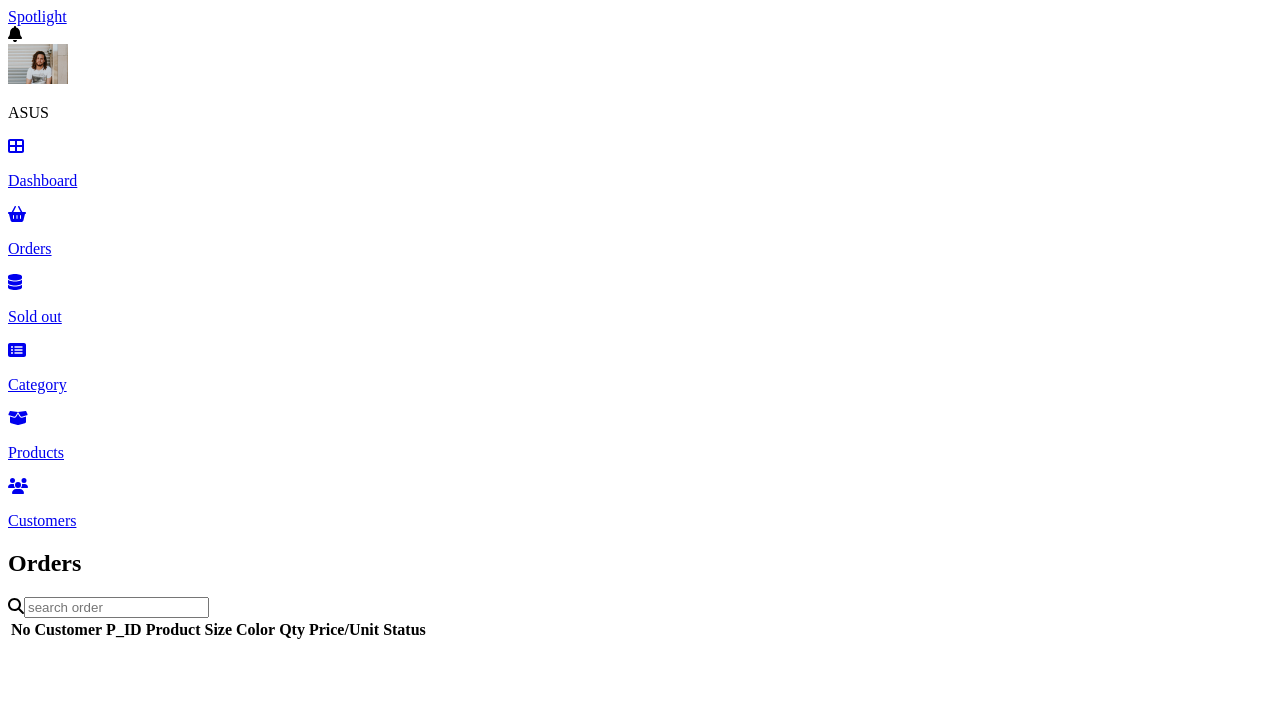
Repository: pin-seavmuy/Spotlight-POS
Page: /add-category
The author's editor kept a copy of each file at every save. The page is drawn from the files as they stood at one save, then again after a run of saves.
The browser window is 1280 px wide. The pictures show the whole page.
Some web fonts or font styles are not loaded; a fallback is used. The project was rebuilt for these pictures with package versions that can differ from the ones it lists, and the page was loaded fresh each time. Also part of the build but not shown: vue.config.js, src/components/Orders.vue, src/components/Category.vue, src/components/Products.vue, src/components/Customers.vue.

Above is the page before, as saved 2024-06-26 17:35:53.

### src/main.js
// src/main.js
import { createApp } from 'vue'; // Use createApp instead of importing Vue
import App from './App.vue';
import router from './router/router.js'; // Adjust the path as necessary

const app = createApp(App);
app.use(router);

app.mount('#app');

### src/App.vue

<template>
  <div id="app">
    <router-view />
    <!-- <Dashboard/> -->
  </div>
</template>

<script>
export default {
  name: 'App',
};
</script>

<style scoped>
/* Scoped styles specific to App.vue */
</style>

### src/router/router.js
// src/router.js
import { createRouter, createWebHistory } from 'vue-router'; // Import from vue-router
import AdminDashboard from '../components/AdminDashboard.vue';
import OrdersPage from '../components/Orders.vue';
import SoldOut from '../components/Soldout.vue';
import CategoryPage from '../components/Category.vue';
import ProductPage from '../components/Products.vue';
import CustomersPage from '../components/Customers.vue';
import AddCategory from '../components/AddCategory.vue';

const routes = [
  { path: '/', component: AdminDashboard },
  { path: '/orders', component: OrdersPage },
  { path: '/sold', component: SoldOut },
  { path: '/category', component: CategoryPage },
  { path: '/products', component: ProductPage },
  { path: '/customers', component: CustomersPage },
  { path: '/add-category', component: AddCategory },
];

const router = createRouter({
  history: createWebHistory(),
  routes,
});

export default router;

### src/components/AdminDashboard.vue
<template>
  <div>
    <header class="header">
      <div class="logo">
        <router-link to="/">Spotlight</router-link>
      </div>
      <div class="header-icons">
        <font-awesome-icon :icon="icons.bell" class="icon" />
        <div class="account">
          <img src="../assets/img/people.png" alt="" />
          <p>ASUS</p>
        </div>
      </div>
    </header>
    <div class="container">
      <div class="side-bar">

        <router-link to="/" class="wrapper" active-class="active">
          <font-awesome-icon :icon="icons.thLarge" class="icons" />
          <p>Dashboard</p>
        </router-link>

        <router-link to="/orders" class="wrapper" active-class="active">
          <font-awesome-icon :icon="icons.shoppingBasket" class="icons" />
          <p>Orders</p>
        </router-link>

        <router-link to="/sold" class="wrapper" active-class="active">
          <font-awesome-icon :icon="icons.database" class="icons" />
          <p>Sold out</p>
        </router-link>

        <router-link to="/category" class="wrapper" active-class="active">
          <font-awesome-icon :icon="icons.category" class="icons" />
          <p>Category</p>
        </router-link>

        <router-link to="/products" class="wrapper" active-class="active">
          <font-awesome-icon :icon="icons.product" class="icons" />
          <p>Products</p>
        </router-link>

        <router-link to="/customers" class="wrapper" active-class="active">
          <font-awesome-icon :icon="icons.users" class="icons" />
          <p>Customers</p>
        </router-link>

      </div>

      <div class="dashboard">
          <div class="wrapper1">
            <h2>Admin Dashboard</h2>
          </div>
          <div class="wrapper1">
            <div class="box">
              <div class="wrapperBox">
                <img src="../assets/img/products.png" />
                <p>Total Product</p>
              </div>
              <div class="qty">12000</div>
            </div>
            <div class="box">
              <div class="wrapperBox">
                <img src="../assets/img/list.png" />
                <p>Categories</p>
              </div>
              <div class="qty">43</div>
            </div>
            <div class="box">
              <div class="wrapperBox">
                <img src="../assets/img/mobile-banking.png" />
                <p>Transactions</p>
              </div>
              <div class="qty">669</div>
            </div>
          </div>
          <div class="wrapper1">
            <div class="box">
              <div class="wrapperBox">
                <img src="../assets/img/shopping-cart.png" />
                <p>Order Today</p>
              </div>
              <div class="qty">15</div>
            </div>
          </div>
        </div>



    </div>


  </div>
</template>

<script>
  import { FontAwesomeIcon } from '@fortawesome/vue-fontawesome';
  import { faBell, faShoppingBasket, faThLarge, faDatabase, faListAlt, faCreditCard, faBoxOpen, faUsers } from '@fortawesome/free-solid-svg-icons';

  export default {
  name: "AdminDashboard",
  components: {
      FontAwesomeIcon,
  },
  data() {
      return {
      icons: {
          bell: faBell,
          shoppingBasket: faShoppingBasket,
          thLarge: faThLarge,
          database: faDatabase,
          category: faListAlt,
          transaction: faCreditCard,
          product: faBoxOpen,
          users: faUsers,
          // Add more icons as needed
      },
      };
  },
  };

</script>

<style scoped>
@import '../assets/css/style.css';
</style>

### src/components/Soldout.vue
<template>
  <div>
    <header class="header">
      <div class="logo">
        <router-link to="/">Spotlight</router-link>
      </div>
      <div class="header-icons">
        <font-awesome-icon :icon="icons.bell" class="icon" />
        <div class="account">
          <img src="../assets/img/people.png" alt="" />
          <p>ASUS</p>
        </div>
      </div>
    </header>
    <div class="container">
      <div class="side-bar">

        <router-link to="/" class="wrapper" active-class="active">
          <font-awesome-icon :icon="icons.thLarge" class="icons" />
          <p>Dashboard</p>
        </router-link>

        <router-link to="/orders" class="wrapper" active-class="active">
          <font-awesome-icon :icon="icons.shoppingBasket" class="icons" />
          <p>Orders</p>
        </router-link>

        <router-link to="/sold" class="wrapper" active-class="active">
          <font-awesome-icon :icon="icons.database" class="icons" />
          <p>Sold out</p>
        </router-link>

        <router-link to="/category" class="wrapper" active-class="active">
          <font-awesome-icon :icon="icons.category" class="icons" />
          <p>Category</p>
        </router-link>

        <router-link to="/products" class="wrapper" active-class="active">
          <font-awesome-icon :icon="icons.product" class="icons" />
          <p>Products</p>
        </router-link>

        <router-link to="/customers" class="wrapper" active-class="active">
          <font-awesome-icon :icon="icons.users" class="icons" />
          <p>Customers</p>
        </router-link>

      </div>
      <div class="dashboard">
        <div class="wrapper1">
          <h2>Orders</h2>
          <div class="searchBox">
            <font-awesome-icon :icon="icons.search" class="icons" />
            <input type="text" placeholder="search ...">
          </div>
        </div>
        <div class="table">
          <table>
            <thead>
              <tr>
                <th>No</th>
                <th>Customer</th>
                <th>Product</th>
                <th>Total</th>
                <th>Order Date</th>
                <th>Action</th>
              </tr>
            </thead>
            <tbody>
              <tr v-for="(order, index) in orders" :key="order.id">
                <td>{{ index + 1 }}</td>
                <td>{{ order.customer }}</td>
                <td>{{ order.product }}</td>
                <td>{{ order.total }}</td>
                <td>{{ order.orderDate }}</td>
                <td class="action">
                  <font-awesome-icon :icon="icons.edit" class="icon action-icon" @click="editOrder(order.id)" />
                  <font-awesome-icon :icon="icons.trash" class="icon action-icon" @click="deleteOrder(order.id)" />
                </td>
              </tr>
            </tbody>
          </table>
        </div>
      </div>
    </div>
  </div>
</template>

<script>
  import { FontAwesomeIcon } from '@fortawesome/vue-fontawesome';
  import { faBell, faShoppingBasket, faThLarge, faDatabase, faListAlt, faCreditCard, faBoxOpen, faUsers, faSearch, faEdit, faTrash } from '@fortawesome/free-solid-svg-icons';

  export default {
    name: "OrdersPage",
    components: {
      FontAwesomeIcon,
    },
    data() {
      return {
        icons: {
          bell: faBell,
          shoppingBasket: faShoppingBasket,
          thLarge: faThLarge,
          database: faDatabase,
          category: faListAlt,
          transaction: faCreditCard,
          product: faBoxOpen,
          users: faUsers,
          search: faSearch,
          edit: faEdit,
          trash: faTrash,
        },
        orders: [
          { id: 1, customer: 'John Doe', product: 'Cigarella Skill Shirt', total: '$50.00', orderDate: '26/06/24' },
          { id: 2, customer: 'Jane Smith', product: 'Wool Tweed A-Line', total: '$15.00', orderDate: '26/06/24' },
          { id: 3, customer: 'Michael Brown', product: 'Cheyenne Floral Dress', total: '$35.00', orderDate: '26/06/24'},
        ],
      };
    },
    methods: {
      editOrder(id) {
        // Implement edit order functionality
        console.log('Edit order', id);
      },
      deleteOrder(id) {
        // Implement delete order functionality
        console.log('Delete order', id);
      },
    },
  };
</script>

<style scoped>
  @import '../assets/css/style.css';

  .action-icon {
    cursor: pointer;
    margin-right: 10px;
  }
  .action {
    display: flex;
    justify-content: center;
    gap: 50px;
    padding: 15px ;
    border-width: 0.1;
  }
</style>

### src/components/AddCategory.vue
'''
<template>
  <div>
    <header class="header">
      <div class="logo">
        <router-link to="/">Spotlight</router-link>
      </div>
      <div class="header-icons">
        <font-awesome-icon :icon="icons.bell" class="icon" />
        <div class="account">
          <img src="../assets/img/people.png" alt="" />
          <p>ASUS</p>
        </div>
      </div>
    </header>
    <div class="container">
      <div class="side-bar">

        <router-link to="/" class="wrapper" active-class="active">
          <font-awesome-icon :icon="icons.thLarge" class="icons" />
          <p>Dashboard</p>
        </router-link>

        <router-link to="/orders" class="wrapper" active-class="active">
          <font-awesome-icon :icon="icons.shoppingBasket" class="icons" />
          <p>Orders</p>
        </router-link>

        <router-link to="/sold" class="wrapper" active-class="active">
          <font-awesome-icon :icon="icons.database" class="icons" />
          <p>Sold out</p>
        </router-link>

        <router-link to="/category" class="wrapper" active-class="active">
          <font-awesome-icon :icon="icons.category" class="icons" />
          <p>Category</p>
        </router-link>

        <router-link to="/products" class="wrapper" >
          <font-awesome-icon :icon="icons.product" class="icons" />
          <p>Products</p>
        </router-link>

        <router-link to="/customers" class="wrapper" active-class="active">
          <font-awesome-icon :icon="icons.users" class="icons" />
          <p>Customers</p>
        </router-link>

      </div>

      <div class="dashboard">
        <div class="wrapper1">
          <h2>Orders</h2>
          <div class="searchBox">
            <font-awesome-icon :icon="icons.search" class="icons" />
            <input type="text" placeholder="search order">
          </div>
        </div>
        <div class="table">
        <table>
          <thead>
            <tr>
              <th>No</th>
              <th>Customer</th>
              <th>P_ID</th>
              <th>Product</th>
              <th>Size</th>
              <th>Color</th>
              <th>Qty</th>
              <th>Price/Unit</th>
              <th>Status</th>
            </tr>
          </thead>
          <tbody>
            <tr v-for="(order, index) in orders" :key="order.id">
              <td>{{ index + 1 }}</td>
              <td>{{ order.customer }}</td>
              <td>{{ order.productId }}</td>
              <td>{{ order.product }}</td>
              <td>{{ order.size }}</td>
              <td>{{ order.color }}</td>
              <td>{{ order.qty }}</td>
              <td>{{ order.price }}</td>
              <td>
                <select v-model="order.status">
                  <option value="Pending">Pending</option>
                  <option value="Shipped">Shipped</option>
                </select>
              </td>
            </tr>
          </tbody>
        </table>
      </div>
      </div>


    </div>
  </div>
</template>

<script>
  import { FontAwesomeIcon } from '@fortawesome/vue-fontawesome';
  import { faBell, faShoppingBasket, faThLarge, faDatabase, faListAlt, faCreditCard, faBoxOpen, faUsers, faSearch } from '@fortawesome/free-solid-svg-icons';
  export default {
    name: "AddCategory",
    components: {
      FontAwesomeIcon,
    },
    data() {
      return {
        icons: {
          bell: faBell,
          shoppingBasket: faShoppingBasket,
          thLarge: faThLarge,
          database: faDatabase,
          category: faListAlt,
          transaction: faCreditCard,
          product: faBoxOpen,
          users: faUsers,
          search: faSearch,
        },

      };
    },
  };
</script>

<style scoped>
  @import '../assets/css/category.css';
</style>

'''

### src/assets/css/style.css
@import url("https://fonts.googleapis.com/css2?family=Poppins:wght@400;500;600;700&display=swap");
@import url("https://fonts.cdnfonts.com/css/mogra");
@import url("https://fonts.googleapis.com/css?family=Playfair+Display:400,700");

* {
  margin: 0;
  padding: 0;
  box-sizing: border-box;
  font-family: "Poppins", sans-serif;
}

body {
  background: rgb(255, 255, 255);
}

.header {
  display: flex;
  align-items: center;
  justify-content: space-between;
  height: 70px;
  padding: 20px 40px 20px 20px;
  background: #97b093;
}

.logo a {
  color: #fff;
  font-size: 28px;
  font-weight: 400;
  margin: 2rem 8rem 2rem 2rem;
  font-family: "Mogra", sans-serif;
  text-decoration: none;
}

.header-icons {
  display: flex;
  align-items: center;
}

.header-icons .icon {
  margin-right: 1rem;
  cursor: pointer;
  color: #fff;
  font-size: 20px;
  background-color: #97b093;
  padding: 8px;
  border-radius: 50%;
  box-shadow: 0 4px 8px rgba(0, 0, 0, 0.2);
}

.header-icons .account {
  width: 120px;
  display: flex;
  align-items: center;
  justify-content: space-between;
}

.header-icons .account img {
  width: 40px;
  height: 40px;
  cursor: pointer;
  border-radius: 50%;
  margin-left: 10px;
  border: 1px solid gray;
}

.container {
  width: 100%;
  height: 650px;
  display: flex;
  justify-content: space-between;
}

.container .side-bar {
  width: 260px;
  height: 100%;
  padding: 30px 10px 10px 10px;
  border-right: 2px solid gray;
}

.wrapper {
  display: flex;
  align-items: center;
  background-color: #ffffff;
  padding: 8px 15px;
  gap: 20px;
  color: black;
  font-family: "Playfair Display", serif;
  border-radius: 5px;
  margin-bottom: 20px;
  cursor: pointer;
}

.wrapper .icons {
  color: gray;
}

.wrapper:hover {
  background-color: #ecf1eb;
}

.wrapper.active {
  background-color: #c1d2be;
  border: 1px solid gray;
}

.container .dashboard {
  width: 100%;
  height: 550px;
  /* background-color: pink; */
  padding: 30px 40px 0px 40px;
  display: flex;
  flex-direction: column;
}

.wrapper1 {
  padding: 2px;
  display: flex;
  justify-content: space-between;
  gap: 20px;
  /* background-color: rgb(0, 255, 76); */
  /* margin-top: -20px; */
  margin-bottom: 30px;
}

.wrapper1 .box {
  width: 360px;
  height: 160px;
  background-color: #f5eded;
  box-shadow: 0 4px 8px rgba(0, 0, 0, 0.2);
  border-radius: 3px;
  display: flex;
  padding: 20px 30px;
  align-items: center;
  gap: 40px;
}

.box:hover {
  background-color: #f7efef;
}

.box .wrapperBox {
  display: flex;
  flex-direction: column;
  align-items: center;
  justify-content: center;
  gap: 8px;
  /* background-color: red; */
}

.box .wrapperBox img {
  width: 70px;
  height: 70px;
}

.box .qty {
  border-left: 3px solid rgb(178, 183, 179);
  padding: 10px 0 10px 30px;
  font-size: xx-large;
}

### src/assets/css/category.css
.add {
    width: 100px;
    height: 40px;
    background-color: #97b093;
    color: #fff;
    display: flex;
    justify-content: center;
    gap: 20px;
    align-items: center;
    margin-top: 3px;
    border-radius: 5px;

}

Loaded but not shown: public/index.html (common file)

After the next 2 saves:
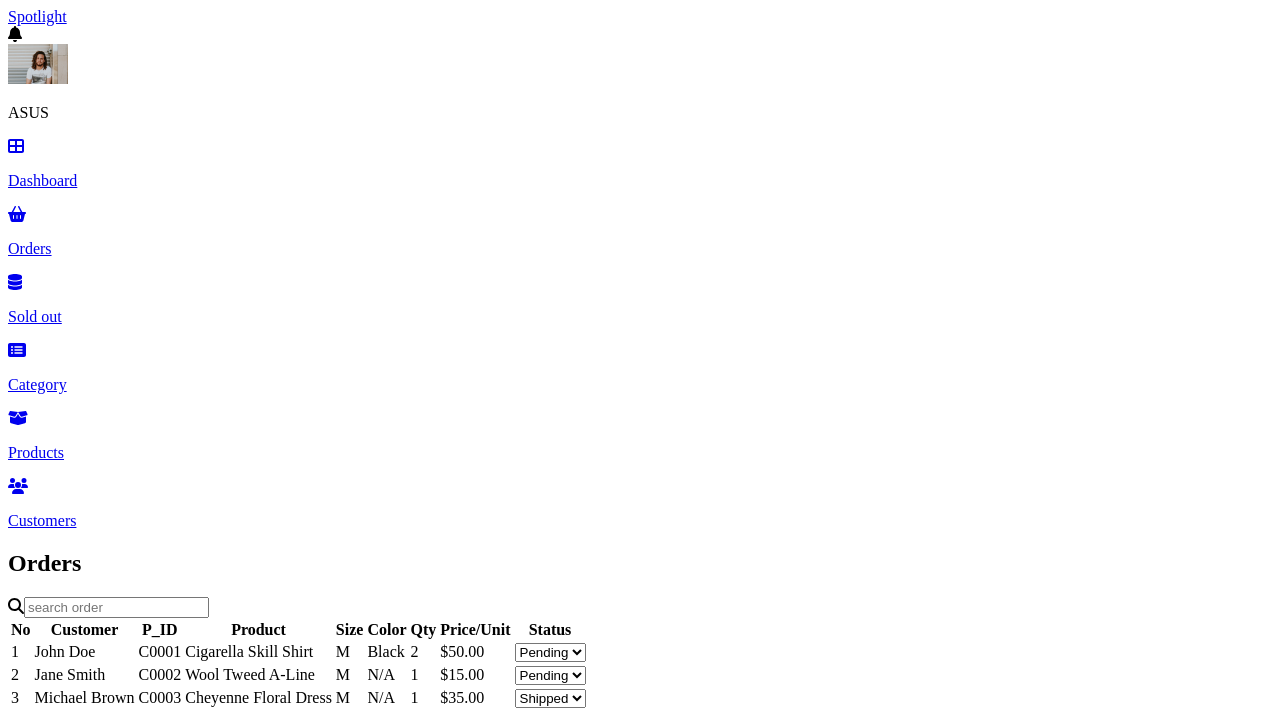
The 2 saves are shown as one change because they came seconds apart.
The last was saved 26 s later.
--- a/src/components/AddCategory.vue
+++ b/src/components/AddCategory.vue
@@ -119,7 +119,12 @@
           users: faUsers,
           search: faSearch,
         },
+        orders: [
+          { id: 1, customer: 'John Doe', productId: 'C0001', product: 'Cigarella Skill Shirt', size: 'M', color: 'Black', qty: 2, price: '$50.00', status: 'Pending' },
+          { id: 2, customer: 'Jane Smith', productId: 'C0002', product: 'Wool Tweed A-Line', size: 'M', color: 'N/A', qty: 1, price: '$15.00', status: 'Pending' },
+          { id: 3, customer: 'Michael Brown', productId: 'C0003', product: 'Cheyenne Floral Dress', size: 'M', color: 'N/A', qty: 1, price: '$35.00', status: 'Shipped' },
 
+        ],
       };
     },
   };

After the save that followed:
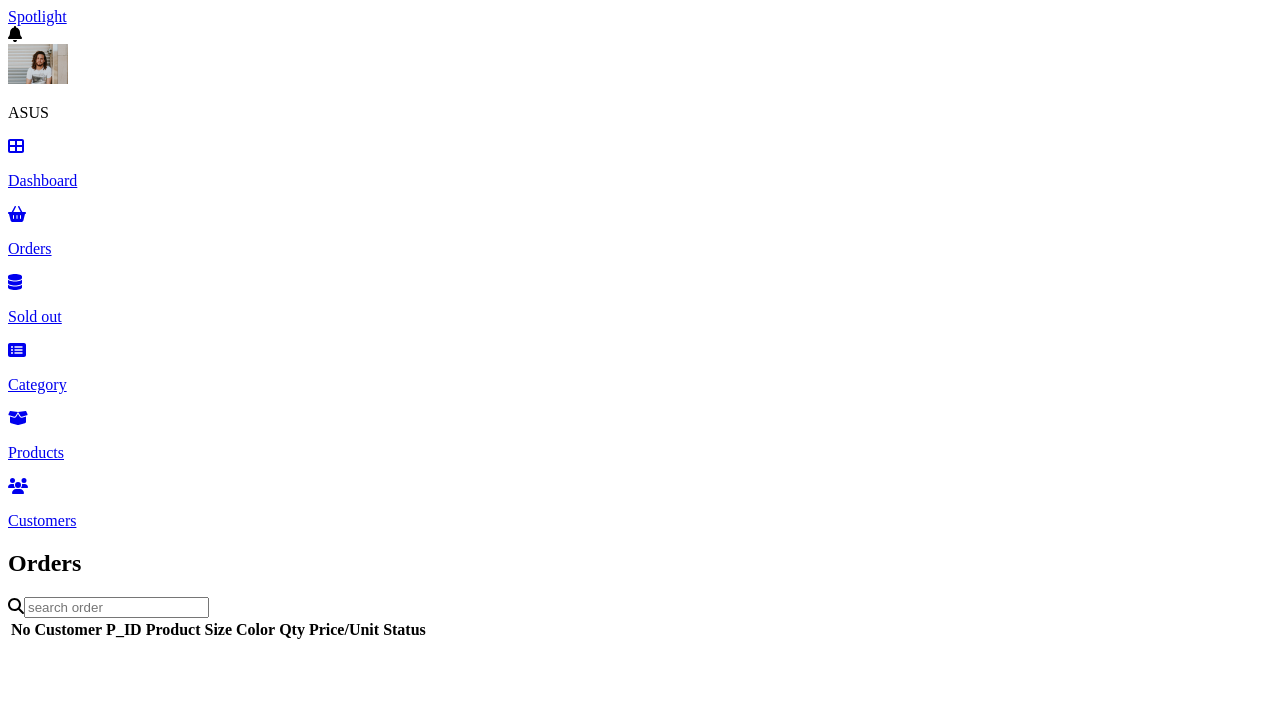
Saved 19 s later.
--- a/src/components/AddCategory.vue
+++ b/src/components/AddCategory.vue
@@ -119,12 +119,7 @@
           users: faUsers,
           search: faSearch,
         },
-        orders: [
-          { id: 1, customer: 'John Doe', productId: 'C0001', product: 'Cigarella Skill Shirt', size: 'M', color: 'Black', qty: 2, price: '$50.00', status: 'Pending' },
-          { id: 2, customer: 'Jane Smith', productId: 'C0002', product: 'Wool Tweed A-Line', size: 'M', color: 'N/A', qty: 1, price: '$15.00', status: 'Pending' },
-          { id: 3, customer: 'Michael Brown', productId: 'C0003', product: 'Cheyenne Floral Dress', size: 'M', color: 'N/A', qty: 1, price: '$35.00', status: 'Shipped' },
 
-        ],
       };
     },
   };
